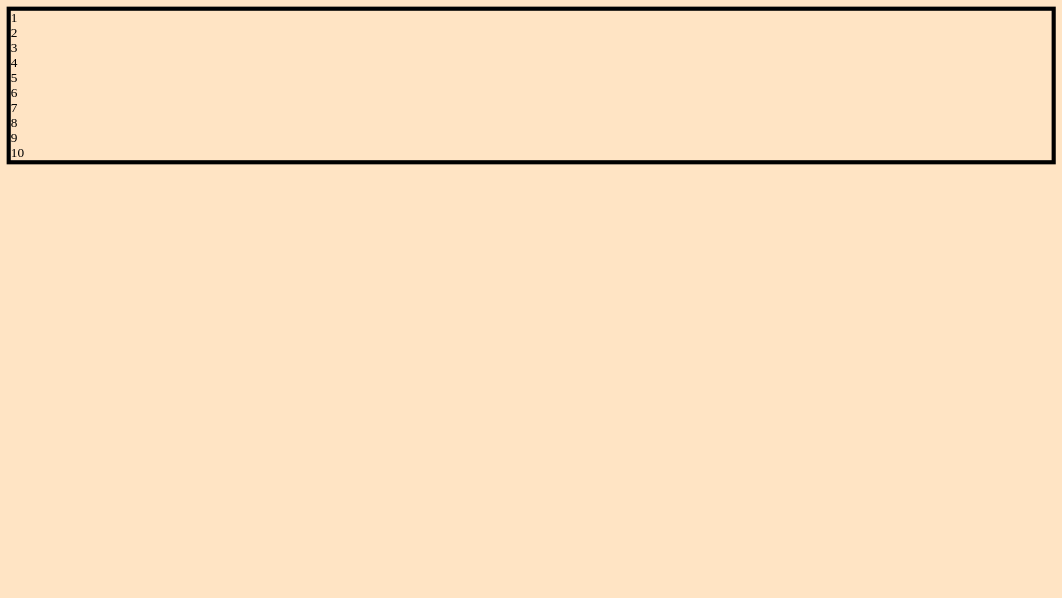
Repository: noahcallen/LAB-calculator
Page: index.html
An editor plug-in stored every save of this project. The page is shown before and after the next save, followed by the edit.
The browser window is 1280 px wide. The pictures show the whole page, at 83% of full size.

Above is the page before, as saved 2024-07-09 21:28:55.

After the next save:
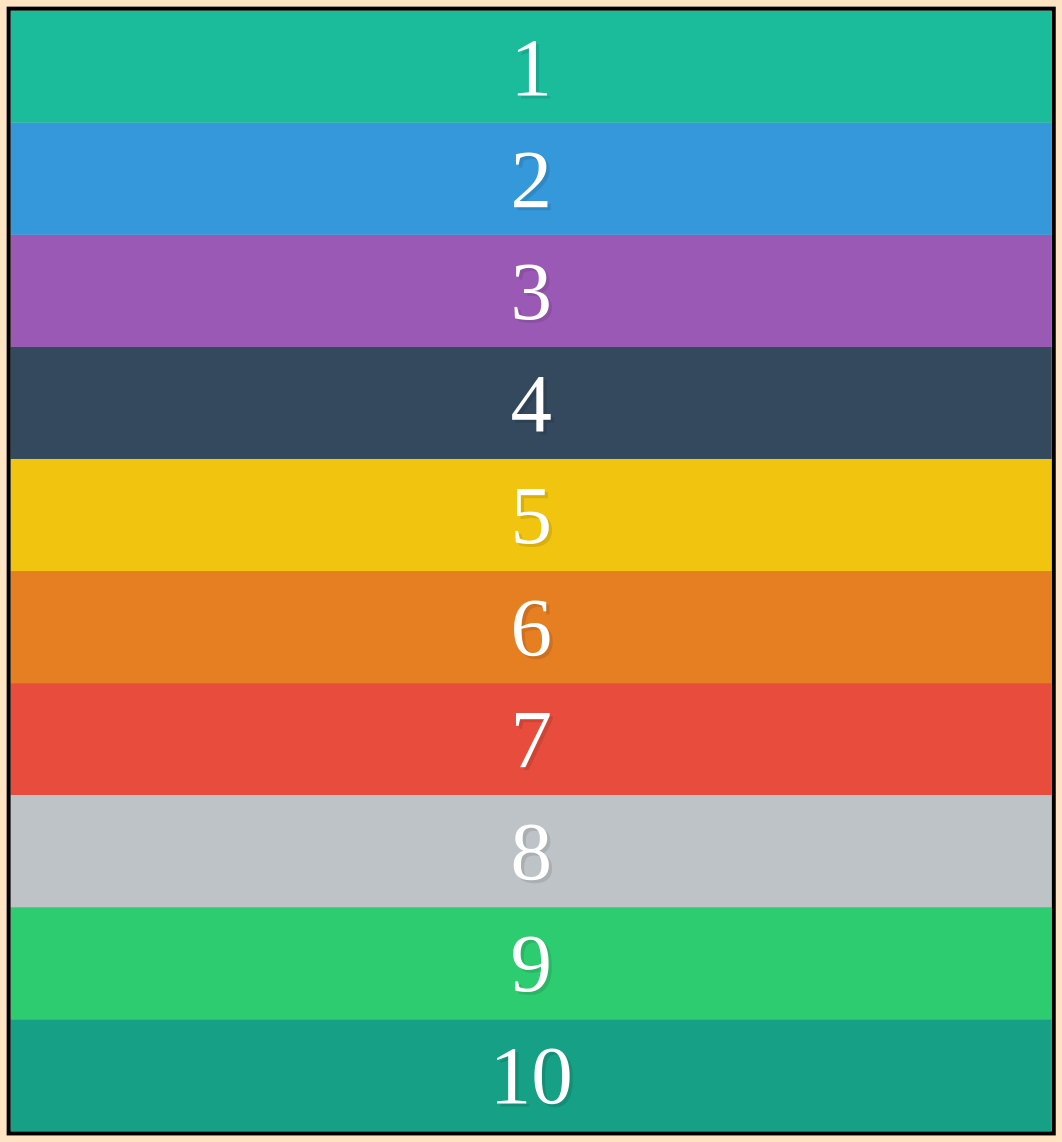
Saved 20 s later.
--- a/main.css
+++ b/main.css
@@ -6,6 +6,26 @@ body {
   border: solid 5px black;
 }
 
-.column1 {
-  flex-direction: row;
+.box1 { background:#1abc9c;}
+.box2 { background:#3498db;}
+.box3 { background:#9b59b6;}
+.box4 { background:#34495e;}
+.box5 { background:#f1c40f;}
+.box6 { background:#e67e22;}
+.box7 { background:#e74c3c;}
+.box8 { background:#bdc3c7;}
+.box9 { background:#2ecc71;}
+.box10 { background:#16a085;}
+
+/* Some default styles to make each box visible */
+.box {
+  color:white;
+  font-size: 100px;
+  text-align: center;
+  text-shadow:4px 4px 0 rgba(0,0,0,0.1);
+  padding:10px;
 }
+
+/* We start writing out flexbox here. The above is just page setup */
+.container {
+}
